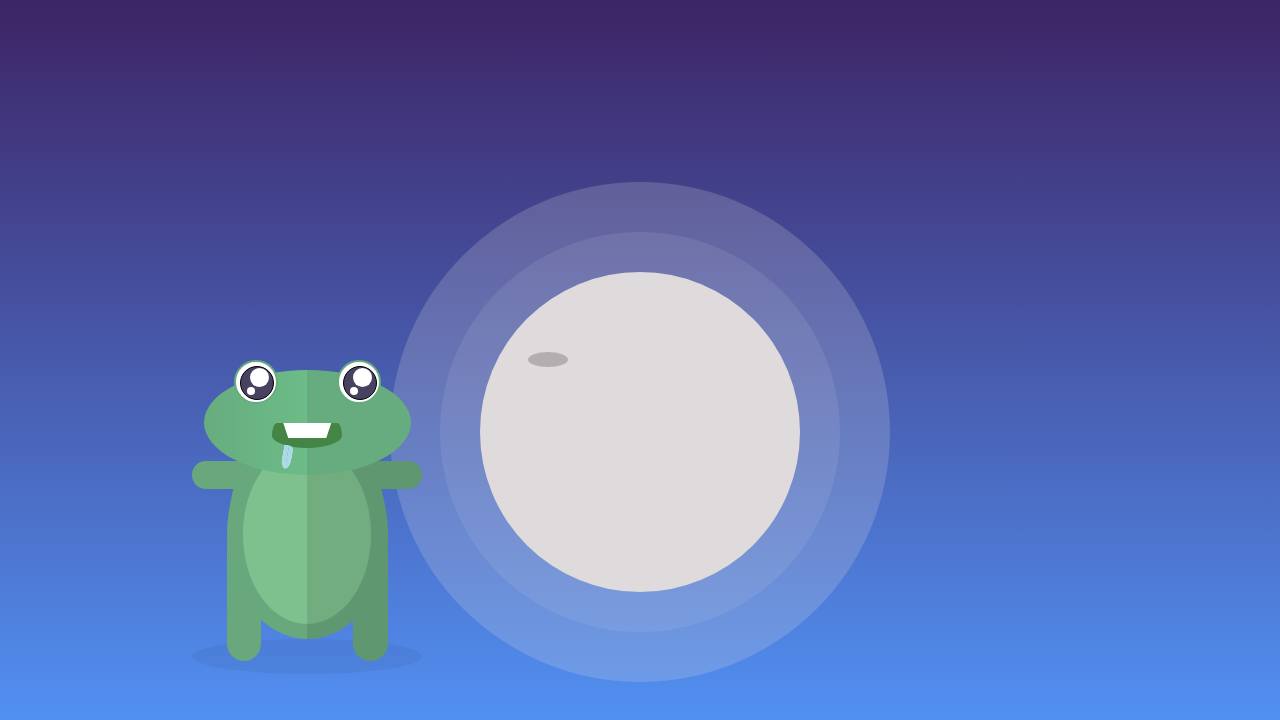
Repository: celinakhalife/cssCharacterDesign
Page: /
These files come from the project's save history. The page is drawn as it stood at one moment and after the next save; the edit follows.
The browser window is 1280 px wide. The pictures show the whole page.
The project was rebuilt for these pictures with package versions that can differ from the ones it lists, and the page was loaded fresh each time. Also part of the build but not shown: angular.json.

Above is the page before, as saved 2018-10-21 13:12:57.

### src/index.html
<!doctype html>
<html lang="en">
<head>
  <meta charset="utf-8">
  <title>AnimalKingdom</title>
  <base href="/">

  <meta name="viewport" content="width=device-width, initial-scale=1">
  <link rel="icon" type="image/x-icon" href="favicon.ico">
</head>
<body>
  <app-root></app-root>
</body>
</html>

### src/styles.scss
/* You can add global styles to this file, and also import other style files */
body, html{
    width:100%;
    height: 100%;
    padding:0;
    margin:0;
}

### src/app/app.component.ts
import { Component } from '@angular/core';

@Component({
  selector: 'app-root',
  templateUrl: './app.component.html',
  styleUrls: ['./app.component.scss']
})
export class AppComponent {
  title = 'animalKingdom';
}

### src/app/alien/alien.component.ts
import { Component, OnInit } from '@angular/core';

@Component({
  selector: 'app-alien',
  templateUrl: './alien.component.html',
  styleUrls: ['./alien.component.scss']
})
export class AlienComponent implements OnInit {

  constructor() { }

  ngOnInit() {
  }

}

### src/app/app.component.html
<div class="background">
  <div class="planet">
    <div class="circle-2">
      <div class="circle-1">
        <div class="hole-1"></div>
        <div class="hole-2"></div>
      </div>
    </div>

  </div>
</div>

<app-alien></app-alien>

### src/app/app.component.scss
.background {
  background: rgb(61, 36, 101); /* Old browsers */
  background: -moz-linear-gradient(
    top,
    rgba(61, 36, 101, 1) 0%,
    rgba(82, 144, 242, 1) 100%
  ); /* FF3.6-15 */
  background: -webkit-linear-gradient(
    top,
    rgba(61, 36, 101, 1) 0%,
    rgba(82, 144, 242, 1) 100%
  ); /* Chrome10-25,Safari5.1-6 */
  background: linear-gradient(
    to bottom,
    rgba(61, 36, 101, 1) 0%,
    rgba(82, 144, 242, 1) 100%
  ); /* W3C, IE10+, FF16+, Chrome26+, Opera12+, Safari7+ */
  filter: progid:DXImageTransform.Microsoft.gradient( startColorstr='#3d2465', endColorstr='#5290f2',GradientType=0 ); /* IE6-9 */
  width: 100%;
  height: 100%;
  overflow: hidden;
  .planet {
    width: 80vw;
    height: 80vw;
    max-width: 500px;
    max-height: 500px;
    background-color: rgba(223, 219, 220, 0.2);
    border-radius: 50%;
    position: absolute;
    top: 60%;
    left: 50%;
    transform: translate(-50%, -50%);

    .circle-2,
    .circle-1 {
      width: 80%;
      height: 80%;
      border-radius: 50%;
      margin-top: 10%;
      margin-left: 10%;
      display: inline-block;
      position: relative;
    }

    .circle-2 {
      background-color: rgba(223, 219, 220, 0.1);
      .circle-1 {
        background-color: rgb(223, 219, 220);

        .hole-1 {
          width: 40px;
          height: 15px;
          background-color: rgba(0, 0, 0, 0.2);
          border-radius: 50%;
          position: absolute;
          top: 25%;
          left: 15%;
        }
      }
    }
  }
}

### src/app/alien/alien.component.html
<div class="monster">
  <div class="head roundShape">
    <div class="eyes roundShape left">
      <div class="eyeball roundShape">
        <div class="cirleBig roundShape"></div>
        <div class="cirleSmall roundShape"></div>
      </div>
    </div>
    <div class="eyes roundShape right">
      <div class="eyeball roundShape">
        <div class="cirleBig roundShape"></div>
        <div class="cirleSmall roundShape"></div>
      </div>
    </div>
    <div class="mouth">
      <div class="teeth"></div>
      <div class="drool"></div>
    </div>
  </div>
  <div class="body">
    <div class="belly roundShape"></div>
    <div class="darkOverlay"></div>
  </div>
  <div class="hand right"></div>
  <div class="hand left"></div>

  <div class="feet right"></div>
  <div class="feet left"></div>

  <div class="shadow"></div>
</div>

### src/app/alien/alien.component.scss
.roundShape {
  border-radius: 50%;
}

.monster {
  position: absolute;
  left: 15%;
  bottom: 0;
  width: 230px;
  height: 350px;

  .head {
    /* Permalink - use to edit and share this gradient: http://colorzilla.com/gradient-editor/#67ac7f+0,6cbc87+50,67ac7f+50,67ac7f+100 */
    background: rgb(103, 172, 127); /* Old browsers */
    background: -moz-linear-gradient(
      left,
      rgba(103, 172, 127, 1) 0%,
      rgba(108, 188, 135, 1) 50%,
      rgba(103, 172, 127, 1) 50%,
      rgba(103, 172, 127, 1) 100%
    ); /* FF3.6-15 */
    background: -webkit-linear-gradient(
      left,
      rgba(103, 172, 127, 1) 0%,
      rgba(108, 188, 135, 1) 50%,
      rgba(103, 172, 127, 1) 50%,
      rgba(103, 172, 127, 1) 100%
    ); /* Chrome10-25,Safari5.1-6 */
    background: linear-gradient(
      to right,
      rgba(103, 172, 127, 1) 0%,
      rgba(108, 188, 135, 1) 50%,
      rgba(103, 172, 127, 1) 50%,
      rgba(103, 172, 127, 1) 100%
    ); /* W3C, IE10+, FF16+, Chrome26+, Opera12+, Safari7+ */
    filter: progid:DXImageTransform.Microsoft.gradient( startColorstr='#67ac7f', endColorstr='#67ac7f',GradientType=1 ); /* IE6-9 */
    width: 90%;
    margin-left: 5%;
    height: 30%;
    z-index: 2;
    position: relative;
    > .darkOverlay {
      border-radius: 50% / 0 50% 50% 0;
    }
    .eyes {
      position: absolute;
      background: white;
      border: 2px solid #66ab7f;
      top: -10px;
      top: -10%;
      width: 40px;
      height: 40px;

      &.left {
        left: 30px;
      }
      &.right {
        right: 30px;
      }

      .eyeball {
        width: 80%;
        height: 80%;
        background: #484160;
        border: 1px solid black;
        position: absolute;
        top: 10%;
        left: 5%;
        animation: eyesAnimation ease infinite 4s; /* IE 10+, Fx 29+ */

        .cirleBig,
        .cirleSmall {
          background: white;
        }
        .cirleBig {
          width: 60%;
          height: 60%;
          margin: 5% 0% 0% 10%;
          animation: eyesCircleBigAnimation ease infinite 4s; /* IE 10+, Fx 29+ */
        }
        .cirleSmall {
          width: 25%;
          height: 25%;
          margin: 0 0% 0 45%;
          animation: eyesCircleSmallAnimation ease infinite 4s; /* IE 10+, Fx 29+ */
        }
      }
    }
    .mouth {
      width: 50px;
      height: 5px;
      border-width: 10px;
      border-color: #448444;
      background: #448444;
      border-radius: 5px 5px 50% 50% / 50% 50% 50% 50%;
      border-style: solid;
      position: absolute;
      top: 50%;
      left: 50%;
      transform: translateX(-50%);
      animation: mouthAnimation ease infinite 10s;

      .teeth {
        width: 75%;
        height: 0;
        border-left: 5px solid transparent;
        border-right: 5px solid transparent;
        border-bottom: 1px solid transparent;
        border-top: 15px solid white;
        border-style: solid;
        position: relative;
        top: -10px;
        left: 50%;
        transform: translateX(-50%);
        animation: teethAnimation ease infinite 10s;
      }

      .drool {
        border-color: lightblue;
        border-style: solid;
        width: 0;
        height: 0;
        border-width: 0px 5px 6px 5px;
        position: absolute;
        top: 12px;
        transform: rotate(10deg);
        border-radius: 0% 50% 50% 50% / 20% 20% 50% 50%;
        animation: droolingAnimation ease infinite 10s;
      }
    }
  }
  .body {
    height: 60%;
    margin-top: -20%;
    background: #69a87d;
    width: 70%;
    margin-left: 15%;
    overflow: hidden;
    z-index: 1;
    position: relative;
    border-radius: 50%;

    .darkOverlay {
      background: rgba(0, 0, 0, 0.1);
      width: 50%;
      height: 100%;
      position: absolute;
      left: 50%;
      top: 0;
    }
    .belly {
      width: 80%;
      height: 85%;
      margin: 10% 0 0 10%;
      background: #7fc08f;
      display: inline-block;
    }
  }
  .hand {
    width: 50%;
    background: #69a87d;
    height: 8%;
    border-radius: 20px;
    position: absolute;
    top: 26%;
    z-index: 0;
    &.left {
      left: 0;
    }
    &.right {
      background: #5e9770;
      right: 0;
      animation: helloAnimation ease 0.3s 5; /* IE 10+, Fx 29+ */
    }
  }
  .feet {
    width: 15%;
    background: #69a87d;
    height: 53%;
    position: absolute;
    top: 30%;
    z-index: 0;
    &.left {
      left: 15%;
      border-radius: 50% 50% 20px 20px;
    }
    &.right {
      background: #5e9770;
      right: 15%;
      border-radius: 50% 50% 20px 20px;
    }
  }
  .shadow {
    background: rgba(0, 0, 0, 0.05);
    width: 100%;
    height: 10%;
    border-radius: 50%;
    z-index: 0;
  }
}

@-webkit-keyframes eyesAnimation {
  0% {
    top: 10%;
    left: 5%;
  }
  25% {
    top: 10%;
    left: 10%;
  }
  50% {
    top: 10%;
    left: 5%;
  }
}

@-webkit-keyframes eyesCircleBigAnimation {
  0% {
    margin: 5% 0% 0% 10%;
  }
  25% {
    margin: 5% 0% 0% 30%;
  }
  50% {
    margin: 5% 0% 0% 10%;
  }
}
@-webkit-keyframes eyesCircleSmallAnimation {
  0% {
    margin: 0% 0% 0% 45%;
  }
  25% {
    margin: 0% 0% 0% 20%;
  }
  50% {
    margin: 0% 0% 0% 45%;
  }
}

@-webkit-keyframes droolingAnimation {
  75% {
    height: 20px;
    top: 12px;
  }
  80% {
    height: 0px;
    top: 8px;
  }
  85% {
    top: 12px;
  }
}

@-webkit-keyframes mouthAnimation {
  75% {
    height: 5px;
    border-left-width: 10px;
    border-right-width: 10px;
  }
  80% {
    height: 0;
    border-left-width: 5px;
    border-right-width: 5px;
  }
  85% {
    height: 5px;
    border-left-width: 10px;
    border-right-width: 10px;
  }
}

@-webkit-keyframes teethAnimation {
  75% {
    width: 75%;
  }
  80% {
    width: 70%;
  }
  85% {
    width: 75%;
  }
}

@-webkit-keyframes helloAnimation {
  10% {
    transform: rotate(0deg);
  }
  50% {
    transform: rotate(-15deg);
  }
  100% {
    transform: rotate(0deg);
  }
}

Loaded but not shown: src/main.ts (common file); src/app/app.module.ts (common file); src/environments/environment.ts (common file)

After the next save:
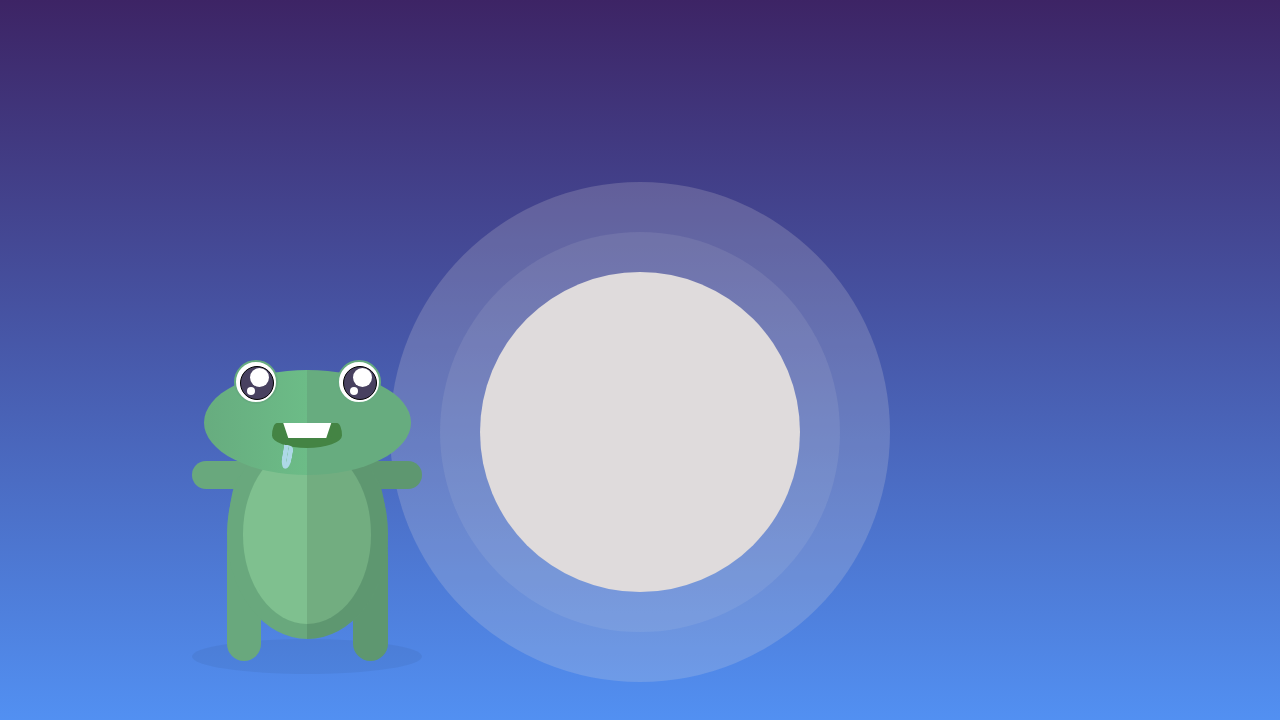
Saved 59 s later.
--- a/src/app/app.component.scss
+++ b/src/app/app.component.scss
@@ -46,15 +46,23 @@
       background-color: rgba(223, 219, 220, 0.1);
       .circle-1 {
         background-color: rgb(223, 219, 220);
-
-        .hole-1 {
-          width: 40px;
-          height: 15px;
-          background-color: rgba(0, 0, 0, 0.2);
+        .hole {
+          background-color: rgba(0, 0, 0, 0.1);
           border-radius: 50%;
           position: absolute;
-          top: 25%;
-          left: 15%;
+
+          &.hole-1 {
+            width: 40px;
+            height: 15px;
+            top: 25%;
+            left: 15%;
+          }
+          &.hole-2 {
+            width: 20px;
+            height: 5px;
+            top: 25%;
+            left: 15%;
+          }
         }
       }
     }
